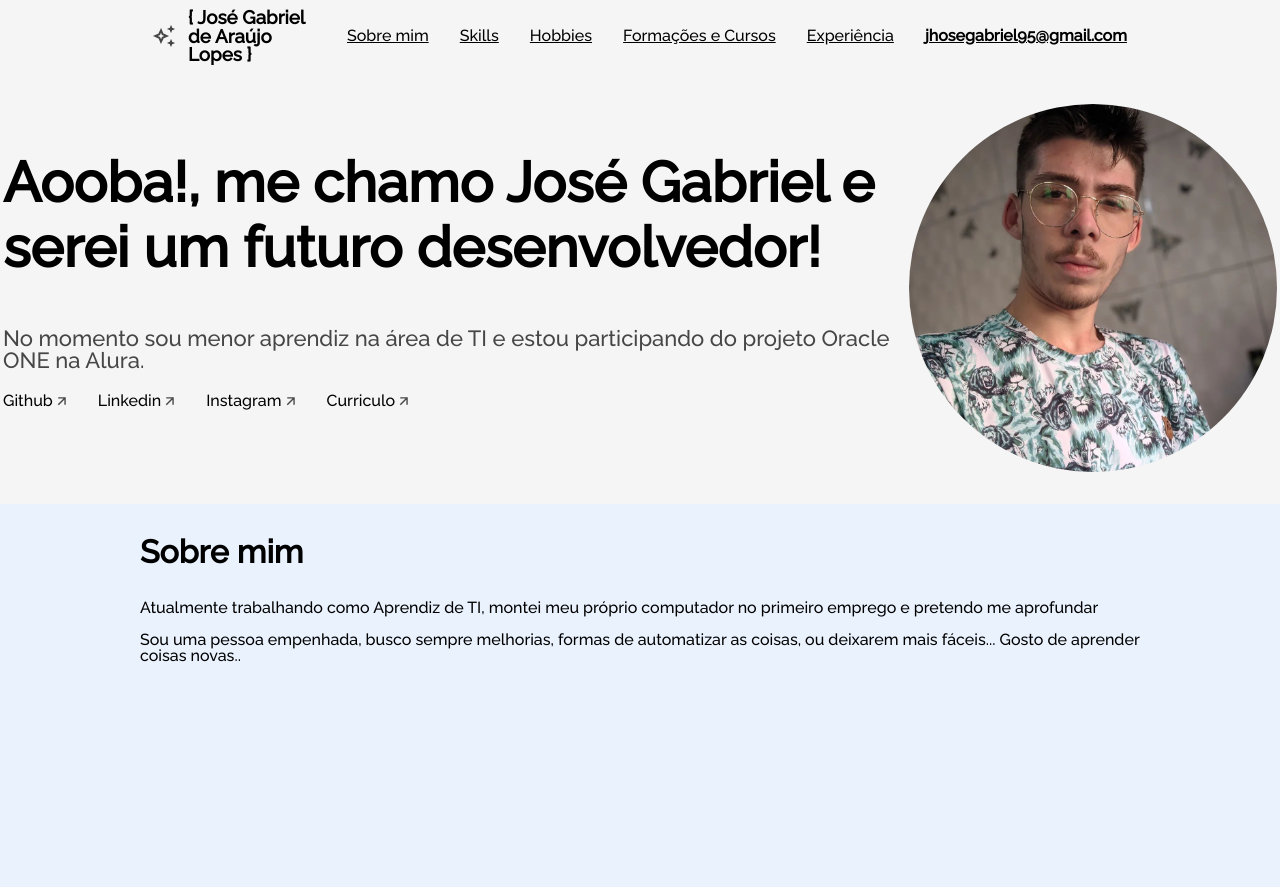
Repository: GabbLps/Portfolio
Page: index.html
An editor plug-in stored every save of this project. The page is shown before and after the next save, followed by the edit.
The browser window is 1280 px wide. The pictures show the whole page.

Above is the page before, as saved 2022-06-23 02:35:32.

### index.html
<!DOCTYPE html>
<html lang="en">
<head>
    <meta charset="UTF-8">
    <meta http-equiv="X-UA-Compatible" content="IE=edge">
    <meta name="viewport" content="width=device-width, initial-scale=1.0">

    <!-- Folha de estilo de CSS Linkado -->
    <link rel="stylesheet" href="style.css">

    <link rel="preconnect" href="https://fonts.googleapis.com">
    <link rel="preconnect" href="https://fonts.gstatic.com" crossorigin>

    <!-- Fonte do Projeto Raleway -->
    <link href="https://fonts.googleapis.com/css2?family=Raleway:wght@500&display=swap" rel="stylesheet">

    <title>Portifólio Pessoal</title>
</head>
<body>
    <!-- Menu Principal-->
    <div class="all">
        <section class="menu">
            <header>
                <img class="img__menu" src="assets\vector.png">
                <h3 class="menu__title">{ José Gabriel de Araújo Lopes }</h3>
            </header>
            <nav>
                <ul class="menu__list">
                    <li class="menu__list__item"><a href="#sobremim">Sobre mim</a></li>
                    <li class="menu__list__item"><a href="#skills">Skills</a></li>
                    <li class="menu__list__item"><a href="#hobbies">Hobbies</a></li>
                    <li class="menu__list__item"><a href="#formacao">Formações e Cursos</a></li>
                    <li class="menu__list__item"><a href="#xp">Experiência</a></li>
                    <li class="menu__list__item"><a href="#contato"><b>jhosegabriel95@gmail.com</b></a></li>
                </ul>
            </nav>
        </section>

        <!-- Sessão de Header/Title/Hero -->
        <section class="title">
            <div class="title__div">
                <img class="title__profile" src="assets\profile.jpg">
                <div class="title__container" id="#sobremim">
                    <h2 class="title__bio">Aooba!, me chamo José Gabriel e serei um futuro desenvolvedor!</h2>
                    <p class="title__subsection">No momento sou menor aprendiz na área de TI e estou participando do projeto Oracle ONE na Alura.</p>
                    <ul class="title__network">
                        <!-- Ponha os links de suas redes sociais favoritas -->
                        <li class="title__network__item"><a href="https://github.com/GabbLps" target="_blank">Github <img src="assets\arrow.png"> </a></li>
                        <li class="title__network__item"><a href="https://www.linkedin.com/in/josegabrielalopes/" target="_blank">Linkedin <img src="assets\arrow.png"></a></li>
                        <li class="title__network__item"><a href="https://www.instagram.com/gabbriel.lps/" target="_blank">Instagram <img src="assets\arrow.png"></a></li>
                        <li class="title__network__item"><a href="curriculo.pdf" target="_blank">Curriculo <img src="assets\arrow.png"></a></li>
                    </ul>
                </div>
            </div>
        </section>

        <!-- Sessão sobre mim -->
        <section class="about">
            <div class="about__container">
                <h3 class="about__title">Sobre mim</h3>
                <p class="about__paragraph">Atualmente trabalhando como Aprendiz de TI, montei meu próprio computador no primeiro emprego e pretendo me aprofundar </p>
                <p class="about__paragraph">Sou uma pessoa empenhada,
                    busco sempre melhorias, formas de automatizar as coisas, ou deixarem mais fáceis...
                    Gosto de aprender coisas novas..</p>
            </div>
        </section>


    </div>
</body>
</html>

### style.css
:root{
    --cor-de-fundo: #F5F5F5;
    --cor-de-link: #000;
    --cor-de-titulos: #464646;
    --cor-fundo-azul: #EAF2ED;
    --cor-caixas: #FBFBFB;
    --azul-botoes: #2A74E4;
}

html {
    background-color: var(--cor-de-fundo);
}

body {
    box-sizing: border-box;
    background-color: var(--cor-de-fundo) ;
    font-family: 'Raleway';
    margin: 0;
    padding: 0;
    line-height: 1;
}

ol, ul,li {
    list-style: none;
}

a{
    text-decoration: none;
    color: var(--cor-de-link);
}

/*Sessão Menu*/

section.menu{
    display: flex;
    justify-content: space-between;
    align-items: center;
    align-content: flex-end;
    height: 10vh;
    margin: 0 153px;
}

section header {
    display: flex;
    align-items: center;
    font-weight: 700;
}

header img {
    margin-right: 13px;
    user-select: none;
}

/* Sessão lista de navegação  */

nav ul.menu__list {
    display: flex;
    justify-content: space-between;
    width: 780px;
    font-size: 16px;
    text-decoration: underline;
}

/*Sessão Title*/

div.title__div{
    display: flex;
    flex-direction: row-reverse;
    justify-content: space-around;
    align-content: center;
    margin: 0 auto;
}

div.title__container{
    width: 900px;
}

div.title__container h2{
    font-size: 56px;
    font-weight: 700;
    line-height: 65px;
}

section.title{
    margin: 32px 0;
}


.title__subsection {
    font-size: 22px;
    color: var(--cor-de-titulos);
    font-weight: 400;
    line-height: 22px;
}

.title__profile{
    width: 368px;
    height: 368px;
    border-radius: 50%;
}

ul.title__network{
    display: flex;
    flex-direction: row;
    gap: 32px;
    padding: 0;
    font-weight: 500;
}

ul li.title__network__item{
    font-size: 16px;
    font-weight: 500;
}

/* Sessão about */

section.about{
    width: auto;
    height: 383px;
    background-color: #EAF2FD;
}

/* Container sessão about me */

div.about__container{
    max-width: 1000px;
    margin: auto;
    align-content: center;
}

.about__title {
    font-size: 32px;
    font-weight: 700;
}

.about__paragraph{
    font-size: 16px;
    line-height: 16px;
    font-weight: 400;
}

After the next save:
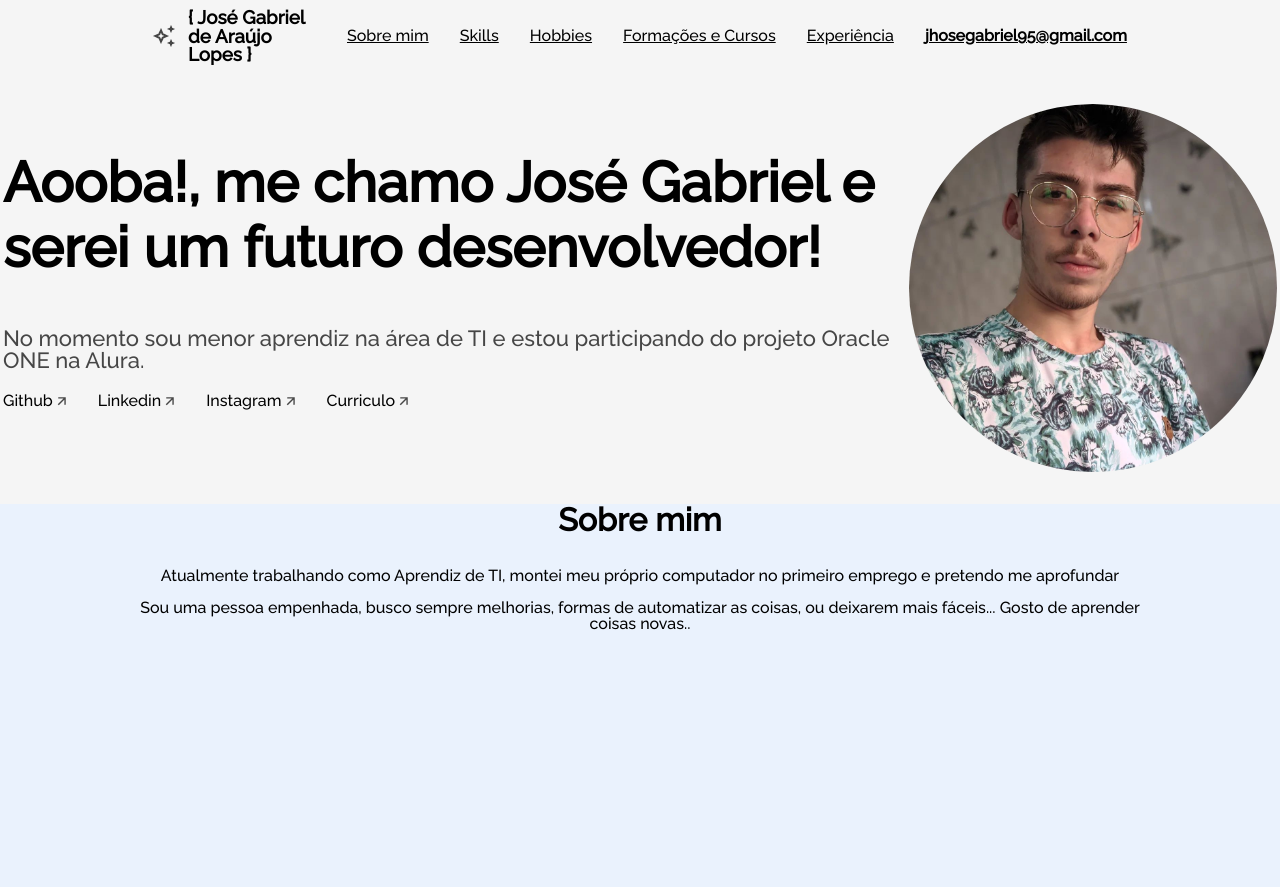
Saved 7 s later.
--- a/style.css
+++ b/style.css
@@ -125,7 +125,7 @@
 div.about__container{
     max-width: 1000px;
     margin: auto;
-    align-content: center;
+    text-align: center;
 }
 
 .about__title {
